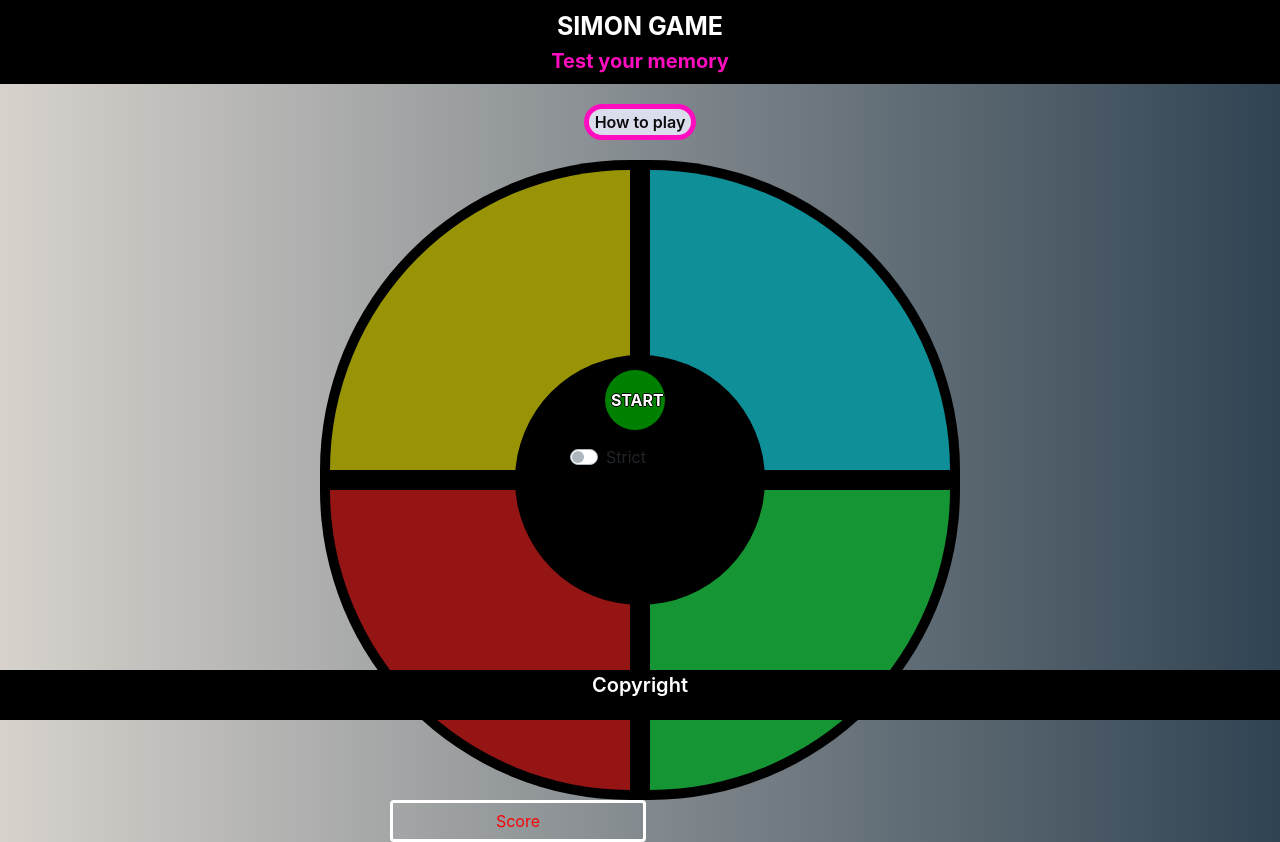
Repository: murphya14/Simon-game
Page: index.html
The author's editor kept a record of every edit. The page is drawn from the files as they stood at one moment, then again after the next edit.
The browser window is 1280 px wide. The pictures show the whole page.

Above is the page before.
Console error: SyntaxError: Unexpected end of input

After the next edit:
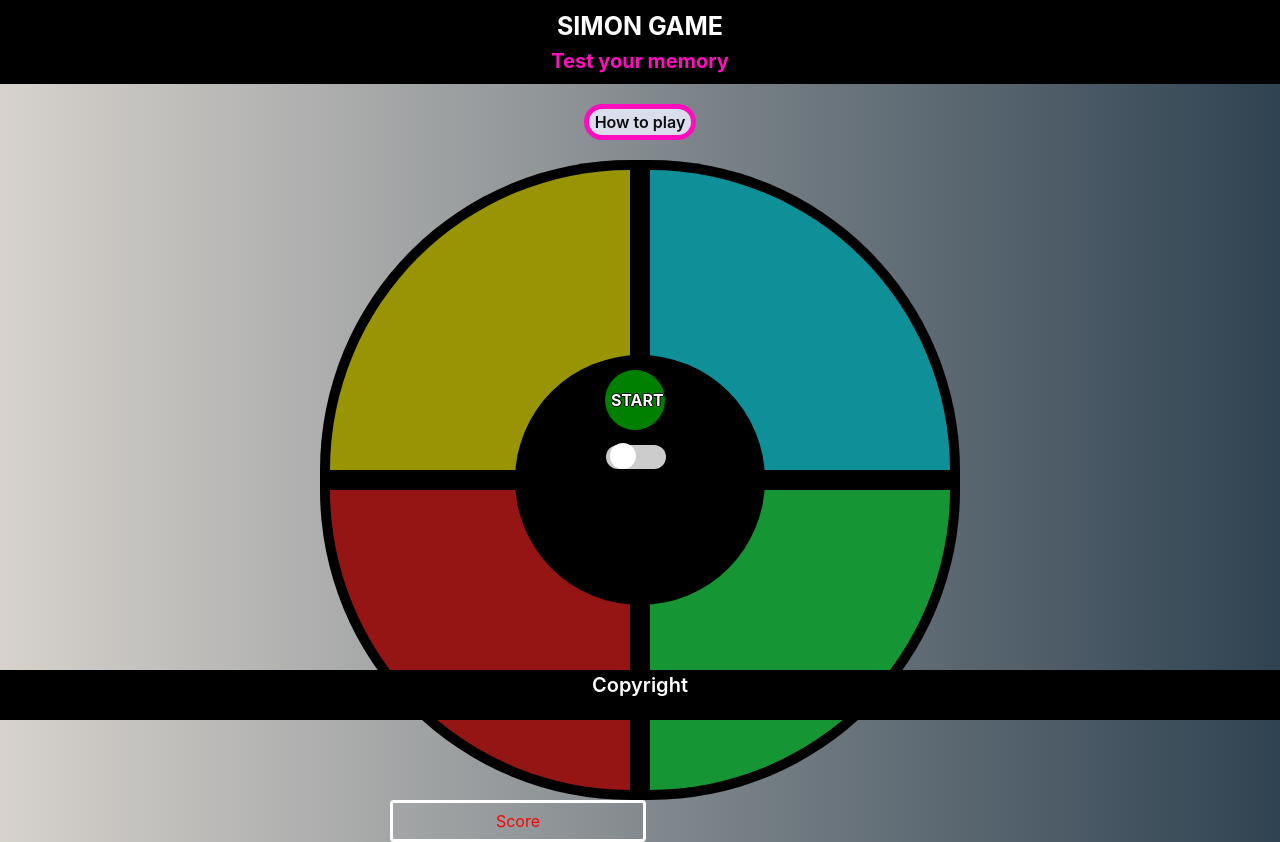
The edit:
--- a/index.html
+++ b/index.html
@@ -92,8 +92,11 @@
 
                  <!--- Aided by https://mdbootstrap.com/docs/jquery/forms/switch/--->
                     <div class="custom-control custom-switch" id="strictButton">
-                        <input type="checkbox" id="strict" class="custom-control-input" data-on="Ready" data-off="Not Ready" data-onstyle="success" data-offstyle="danger" id="customSwitches">
-                        <label class="custom-control-label" for="customSwitches">Strict</label>
+                        <label class="switch">
+  <input type="checkbox">
+  <span class="slider round"></span>
+</label>
+
                     </div>
                     </div>
 
